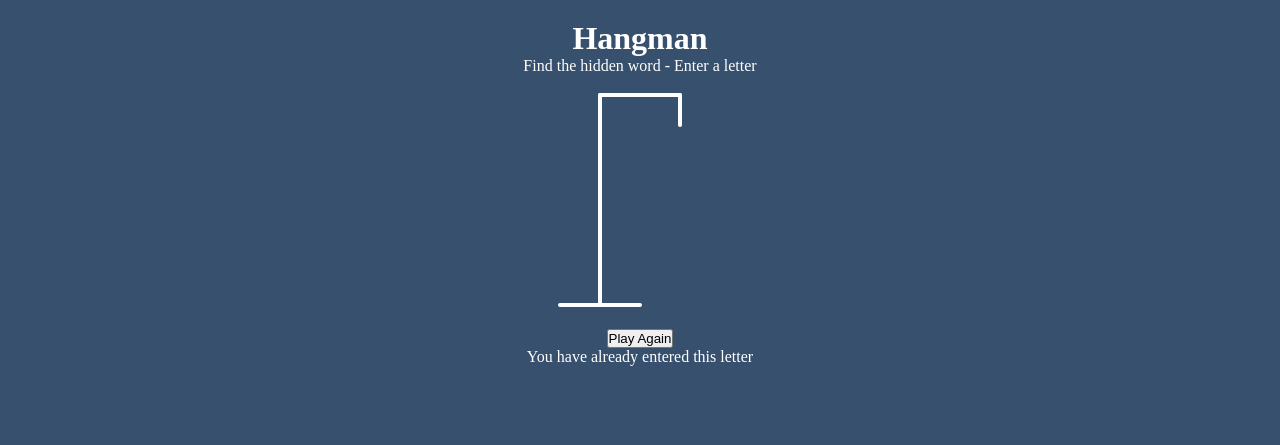
Repository: CAMPSLOPY/HangMan
Page: index.html
The author's editor kept a copy of each file at every save. The page is drawn from the files as they stood at one save, then again after a run of saves.
The browser window is 1280 px wide. The pictures show the whole page.
Some web fonts or font styles are not loaded; a fallback is used.

Above is the page before, as saved 2021-01-26 15:06:59.

After the next 2 saves:
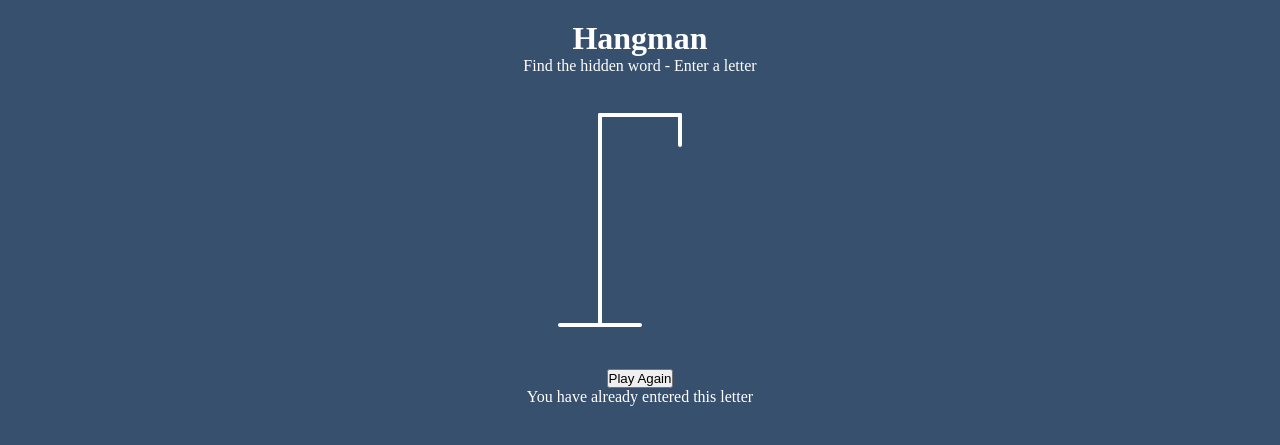
The 2 saves are shown as one change because they came seconds apart.
The last was saved 10 s later.
--- a/styles.css
+++ b/styles.css
@@ -19,7 +19,7 @@ h1 {
   padding: 20px 0 0;
 }
 .game-container{
-
+  padding: 20px 30px;
 }
 .figure-container {
   fill: transparent;
